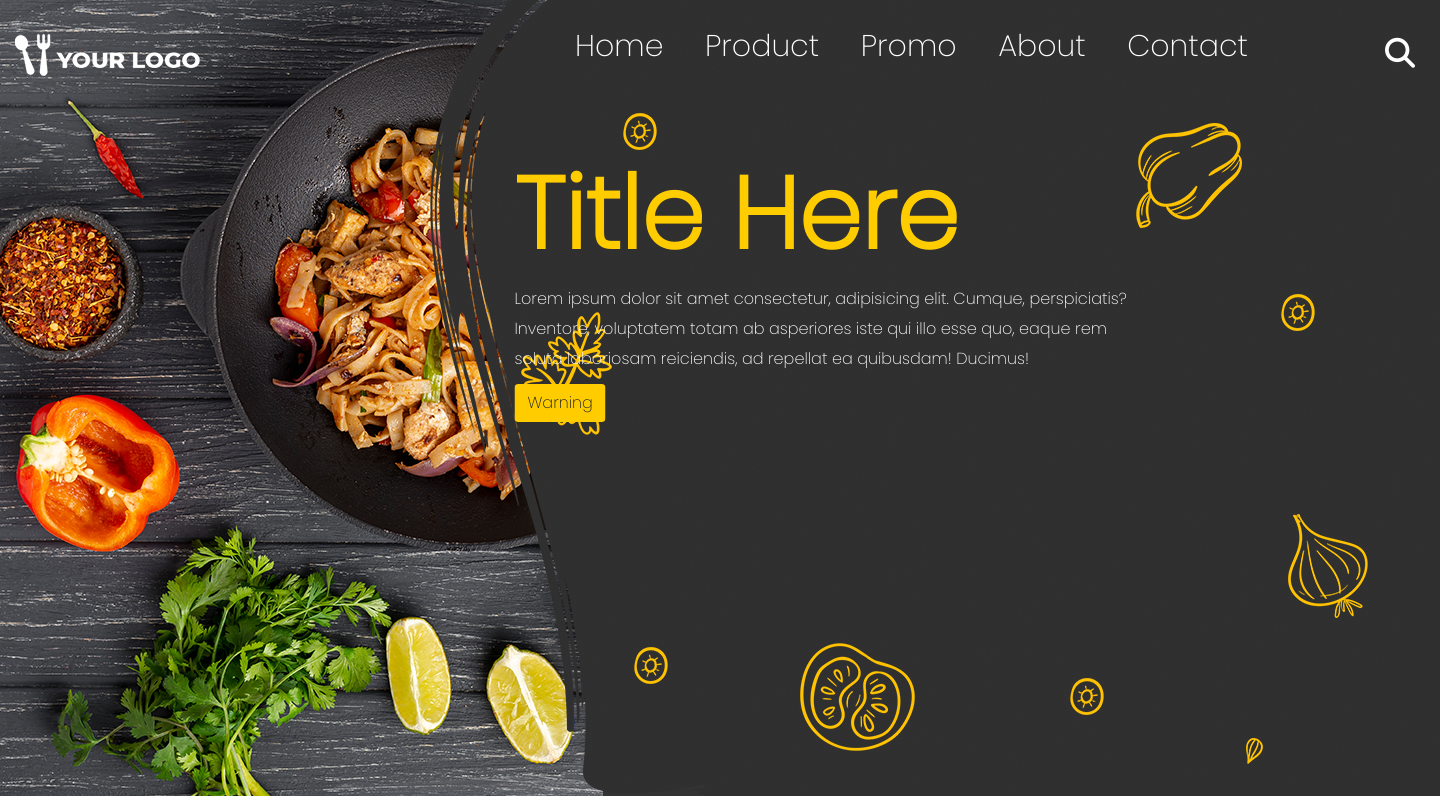
Repository: iphoneboy46/templateRestaurent
Page: index.html
An editor plug-in stored every save of this project. The page is shown before and after the next save, followed by the edit.
The browser window is 1280 px wide. The page is 1440 px wide, then 1280 px, so the pictures cover 1440 px, including what lies to the right of the window. The pictures show the whole page.

Above is the page before, as saved 2022-10-12 15:04:15.

After the next save:
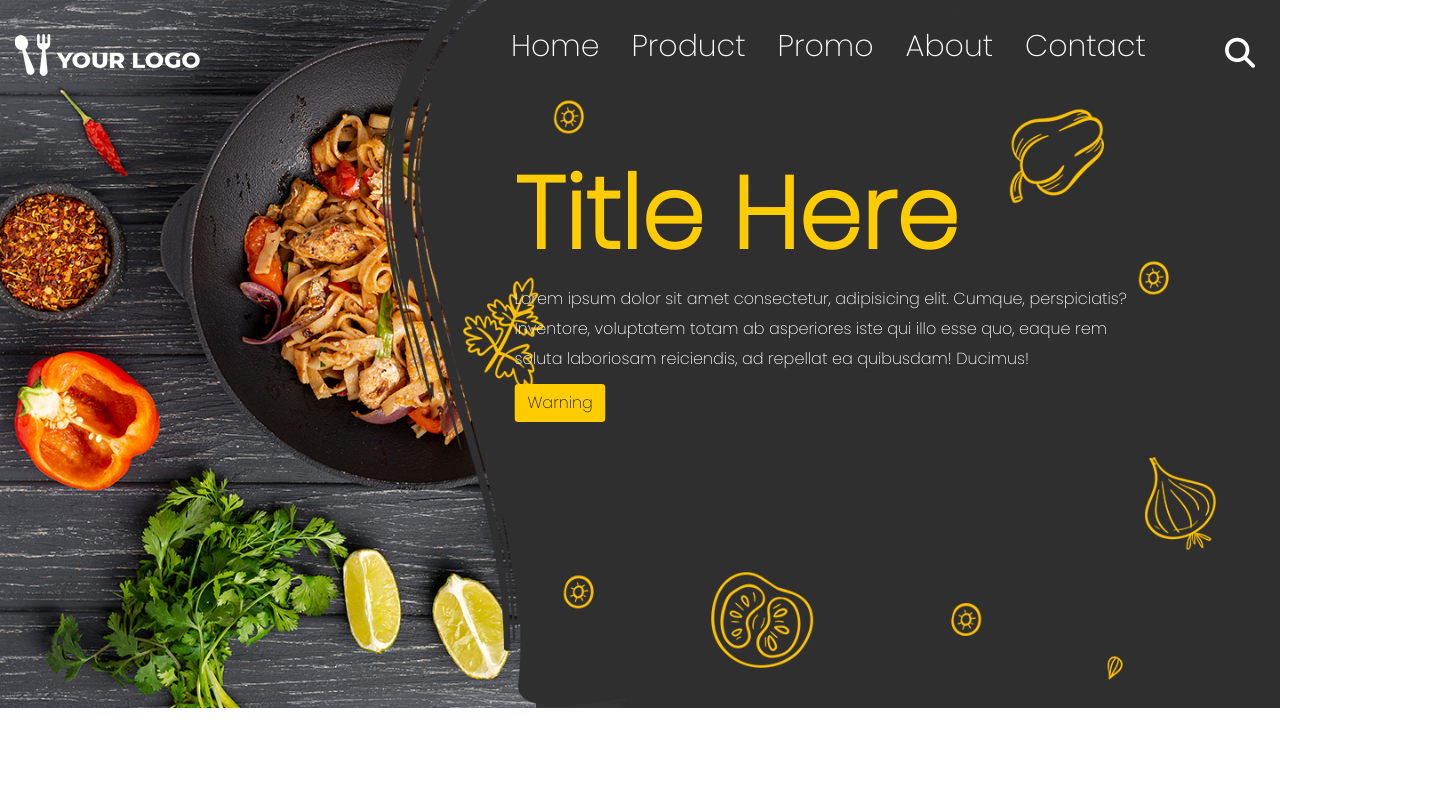
Saved 6 s later.
--- a/style.css
+++ b/style.css
@@ -14,7 +14,7 @@
 
 .header{
     background-image: url(images/header.png);
-    width: 1440px;
+    width: 100%;
     height:800px;
     background-size: 100%;
     background-repeat: no-repeat;
